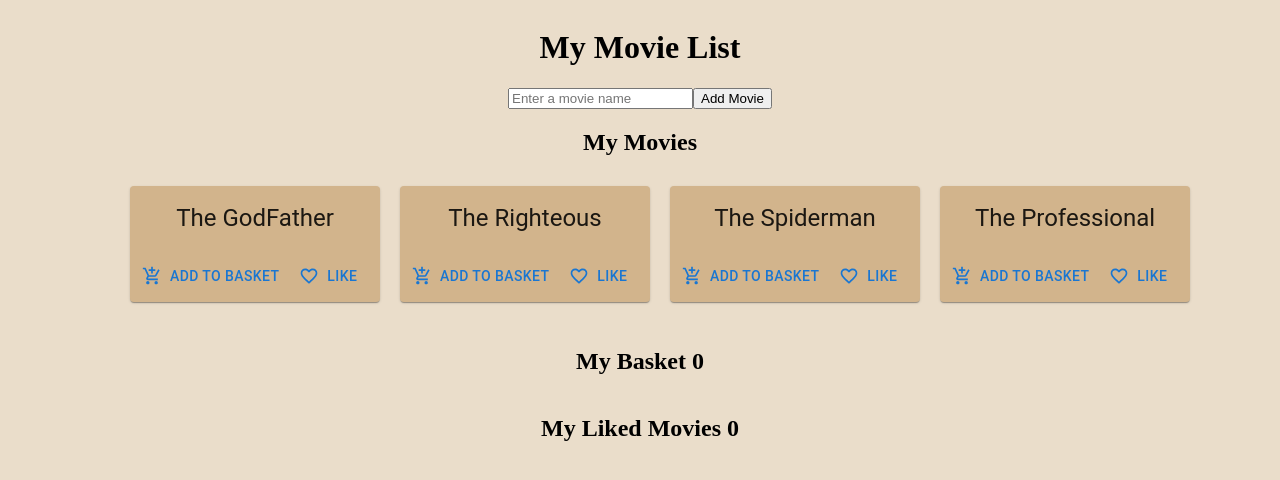
Repository: sinchana-p-iVoyant/redux-movie-store
Page: /
These files come from the project's save history. The page is drawn as it stood at one moment and after the next save; the edit follows.
The browser window is 1280 px wide. The pictures show the whole page.
The project was rebuilt for these pictures with package versions that can differ from the ones it lists, and the page was loaded fresh each time. Also part of the build but not shown: vite.config.ts.

Above is the page before, as saved 2024-02-15 12:36:00.

### index.html
<!doctype html>
<html lang="en">
  <head>
    <meta charset="UTF-8" />
    <link rel="icon" type="image/svg+xml" href="/vite.svg" />
    <meta name="viewport" content="width=device-width, initial-scale=1.0" />
    <title>Redux Movie Store</title>
  </head>
  <body>
    <div id="root"></div>
    <script type="module" src="/src/main.tsx"></script>
  </body>
</html>

### src/main.tsx
import React from 'react'
import ReactDOM from 'react-dom/client'
import App from './App.tsx'
// import './index.css'
import store from './store/index';
import { Provider } from 'react-redux'


ReactDOM.createRoot(document.getElementById('root')!).render(
  <React.StrictMode>
    <Provider store={store}>
      <App />
    </Provider>
  </React.StrictMode>,
)

### src/App.tsx
import { useState } from "react";
// import './App.css'
import { useSelector, useDispatch } from "react-redux";
import {Movie} from './store/index'
import {Card, CardComponent, CardActions, Button, Typography, CardContent} from '@mui/material'
import { Favorite, FavoriteBorder, AddShoppingCart, RemoveShoppingCart } from "@mui/icons-material";
import './App.css'

const App = () => {
  const [movieTitle, setMovieTitle] = useState("");

  // 🔥 a. To Trigger from UI.
  const dispatch = useDispatch();

  // 🔥 b. To update the UI, based on state updates in the store.

  // movies state (array)
  // const movies = useSelector(state => state.movies)
  // ------> return value: state.movies

  // Note:
  // The function passed to `useSelector` selects a slice of the state that we are interested in.
  // The function parameter specifies the `structure` of the Redux state object.
  // It's `type` annotated in TypeScript to ensure the type safety.
  // specifying the structure of the Redux state object using TypeScript type annotations enhances code quality, readability, and maintainability while providing additional safety checks and tooling support during development.

  const movies = useSelector(
    (state : {
      movies: { title: string; liked: boolean; inBasket: boolean }[];
    }) => state.movies
  );

  // const basket = useSelector((state) => state.basket);
  const basket = useSelector((state: { basket: string[] }) => state.basket);

  // const likedMovies = useSelector((state) => state.likedMovies);
  const likedMovies = useSelector((state: { likedMovies: string[] }) => state.likedMovies);


  // 4. Action Creator
  const handleAddMovie = () => {
    const newMovie = {
      title: movieTitle,
      inBasket: false,
      liked: false
    }
    dispatch({ type: "ADD_MOVIE", payload: newMovie });
    setMovieTitle(""); // Reset back to Empty String
  };

  const handleAddToBasket = (movie: string) => {
    dispatch({ type: "ADD_TO_BASKET", payload: movie });
  };
  const handleAddToLikedMovies = (movie: string) => {
    dispatch({ type: "ADD_TO_LIKED_MOVIE", payload: movie });
  };

  return (
    <div className="container">
      <div>
        <h1>My Movie List</h1>
      </div>
      <div className="add-movie">
        <input
          type="text"
          placeholder="Enter a movie name"
          value={movieTitle}
          onChange={(e) => setMovieTitle(e.target.value)}
        />
        <button onClick={handleAddMovie}>Add Movie</button>
      </div>
      <div>
        <h2>My Movies</h2>
        <ul className="movie-list">
          {movies.map((movie: Movie, index) => (
            <Card key={index} className="movie-card" style={{backgroundColor: "#D2B48C"}}>
              <CardContent>
                <Typography variant="h5" component='h2'>
                  {movie.title}
                </Typography>
              </CardContent>

              <CardActions>
                <Button
                  className="btn"
                  startIcon={movie.inBasket ? <RemoveShoppingCart /> : <AddShoppingCart />}
                  onClick={() => handleAddToBasket(movie.title)}>
                  {movie.inBasket ? "Remove From Basket" : "Add To Basket"}
                </Button>
                <Button
                  startIcon={movie.liked ? <Favorite /> : <FavoriteBorder />}
                  onClick={() => handleAddToLikedMovies(movie.title)}>
                  {movie.liked ? "Dislike" : "Like"}
                </Button>
              </CardActions>

            </Card>
          ))}
        </ul>
      </div>
      <div>
        <h2>My Basket {basket.length}</h2>
        <ul>
          {basket.map((basket, index) => (
            <li key={index}>{basket}</li>
          ))}
        </ul>
      </div>
      <div>
        <h2>My Liked Movies {likedMovies.length}</h2>
        <ul>
          {likedMovies.map((likedMovie, index) => (
            <li key={index}>{likedMovie}</li>
          ))}
        </ul>
      </div>
    </div>
  );
};

export default App;

// 1. Save the new movie in the local state.
// 2. Add the new movie in local state to the Store.
// 3. Fetch the movies array, from the store

// 3. a. To display in - My Basket & My Liked Movies

### src/store/index.tsx
import { createStore } from "redux";

export type Movie = {
    title: string,
    inBasket: boolean,
    liked: boolean
}

export type State = {
    movies: Movie[],
    basket: string[],
    likedMovies: string[]
}

type Action =
  | { type: "ADD_MOVIE"; payload: Movie } |
    { type: 'ADD_TO_BASKET', payload: string } |
    { type: "ADD_TO_LIKED_MOVIE", payload: string };

// InitialState
const initialState: State = {
    movies: [
      {title: 'The GodFather', inBasket: false, liked: false},
      {title: 'The Righteous', inBasket: false, liked: false},
      {title: 'The Spiderman', inBasket: false, liked: false},
      {title: 'The Professional', inBasket: false, liked: false},
    ],
    basket: [],
    likedMovies: []
}

// Reducers - Make Immutable Updates
const reducer = (state: State = initialState, action: Action): State => {
  switch (action.type) {
    case 'ADD_MOVIE':
      return {
        ...state,
        movies: [...state.movies, action.payload]
      }
    case 'ADD_TO_BASKET':
      return {
        ...state,
          movies: state.movies.map(movie => movie.title === action.payload ? {...movie, inBasket: !movie.inBasket } : movie),
        basket: state.basket.includes(action.payload) ? state.basket.filter(movie => movie !== action.payload) : [...state.basket, action.payload]
      }
    case 'ADD_TO_LIKED_MOVIE':
      return {
        ...state,
        movies: state.movies.map(movie => movie.title === action.payload ? {...movie, liked: !movie.liked} : movie) ,
        likedMovies: state.likedMovies.includes(action.payload) ? state.likedMovies.filter(movie => movie !== action.payload) :  [...state.likedMovies, action.payload]
      }
    default:
      return state
  }
}

// Store
const store = createStore(reducer)
export default store

// 1. State
// 2. Reducer
// 3. Store

### src/App.css
body {
  background-color: #EADDCA;
}

h1, h2{
  text-align: center;
}

.container {
  display: flex;
  flex-direction: column;
  align-items: center;
  justify-content: center;
}

.movie-list {
  display: flex;
  flex-wrap: wrap;
  justify-content: center;
}

.movie-card {
  width: 250px;
  margin: 10px;
}

.card-content {
  padding: 16px;
}

.card-actions {
  display: flex;
  justify-content: space-between;
}

.btn {
  color: 'black', fontSize: '15px', fontWeight: 'bold' }}
}
















/* #root {
  max-width: 1280px;
  margin: 0 auto;
  padding: 2rem;
  text-align: center;
} */

/*
.logo {
  height: 6em;
  padding: 1.5em;
  will-change: filter;
  transition: filter 300ms;
}
.logo:hover {
  filter: drop-shadow(0 0 2em #646cffaa);
}
.logo.react:hover {
  filter: drop-shadow(0 0 2em #61dafbaa);
}

@keyframes logo-spin {
  from {
    transform: rotate(0deg);
  }
  to {
    transform: rotate(360deg);
  }
}

@media (prefers-reduced-motion: no-preference) {
  a:nth-of-type(2) .logo {
    animation: logo-spin infinite 20s linear;
  }
}

.card {
  padding: 2em;
}

.read-the-docs {
  color: #888;
} */

/* ------------------------- */

After the next save:
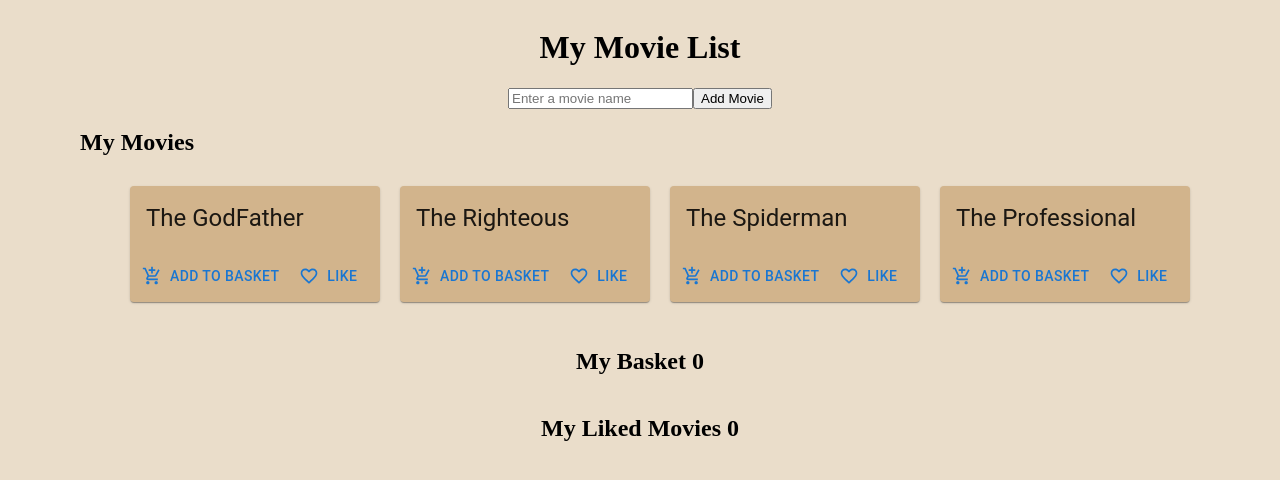
Saved 5 s later.
--- a/src/App.css
+++ b/src/App.css
@@ -2,7 +2,7 @@
   background-color: #EADDCA;
 }
 
-h1, h2{
+h1;h2{
   text-align: center;
 }
 
@@ -34,7 +34,7 @@
 }
 
 .btn {
-  color: 'black', fontSize: '15px', fontWeight: 'bold' }}
+  color: 'black';fontSize: '15px';fontWeight: 'bold' }}
 }
 
 

After the save that followed:
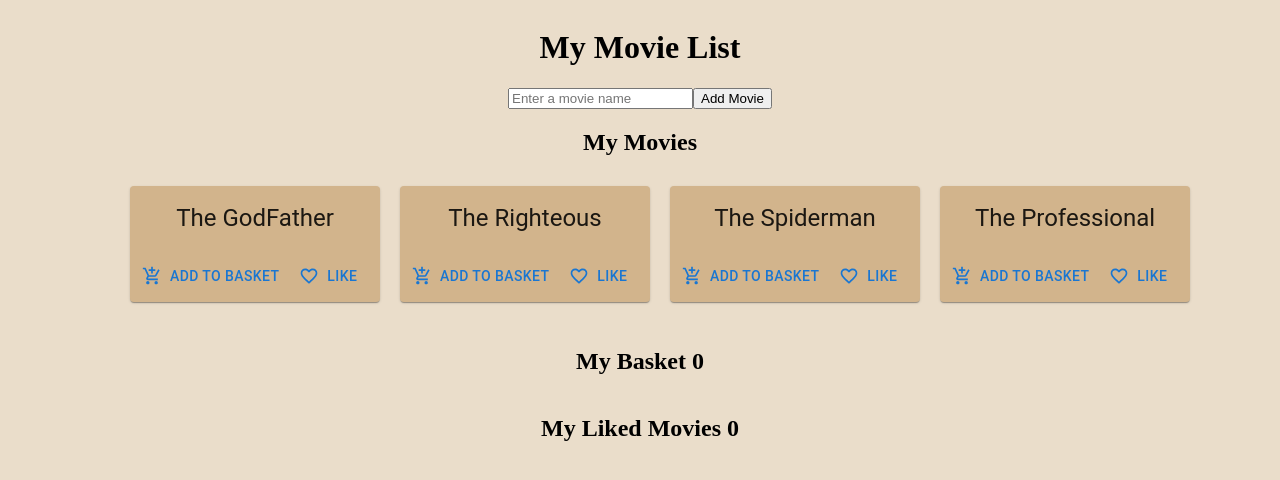
Saved 5 s later.
--- a/src/App.css
+++ b/src/App.css
@@ -2,7 +2,7 @@
   background-color: #EADDCA;
 }
 
-h1;h2{
+h1, h2{
   text-align: center;
 }
 
